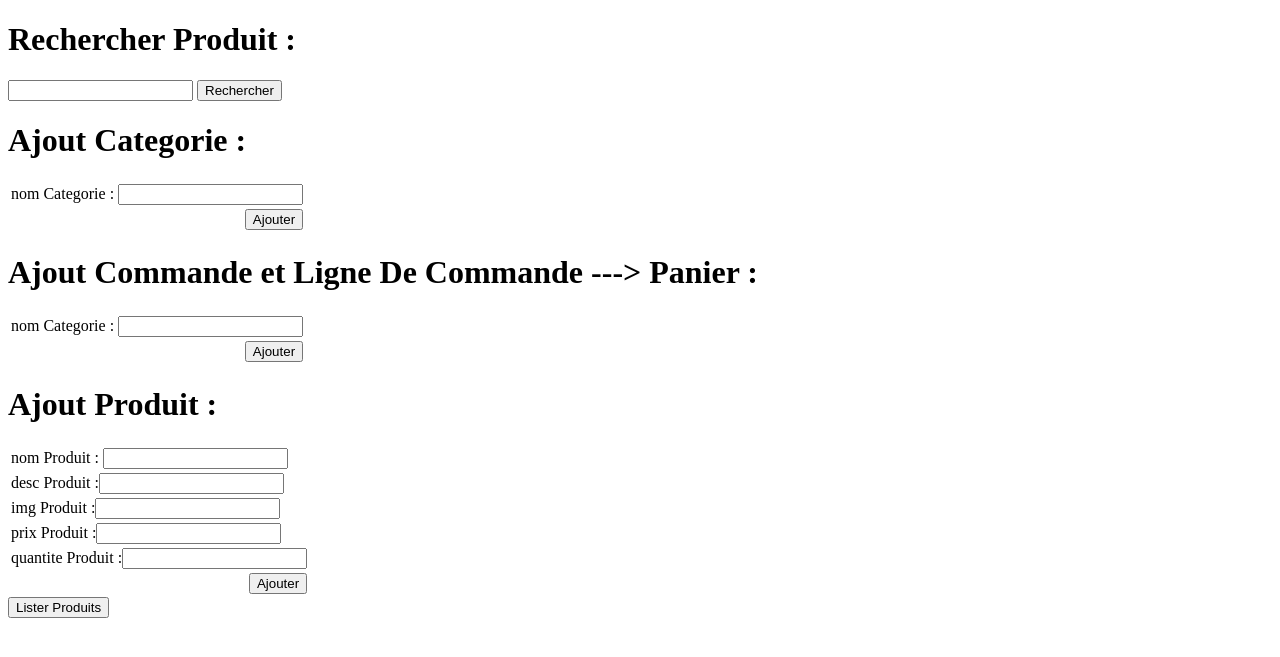
Repository: EBusinesss/Ebusiness
Page: http://localhost/EcomWEB/
These files come from the project's save history. The page is drawn as it stood at one moment and after the next save; the edit follows.
The browser window is 1280 px wide. The pictures show the whole page.
The page is served by Tomcat 9. Nobody is signed in. The application's start-up code is not run. Other server files are loaded and not shown.

Above is the page before, as saved 2014-12-06 23:53:36.

### Workspace/EcomWEB/WebContent/index.jsp
<%@ page language="java" contentType="text/html; charset=ISO-8859-1"
    pageEncoding="ISO-8859-1"%>
<!DOCTYPE html PUBLIC "-//W3C//DTD HTML 4.01 Transitional//EN" "http://www.w3.org/TR/html4/loose.dtd">
<html>
<head>
<meta http-equiv="Content-Type" content="text/html; charset=ISO-8859-1">
<title>Insert title here</title>
</head>
<body>
		<h1>Rechercher Produit : </h1>
		<form action="RechercherProductServlet" method="post">

			<tr><td><input type="text" name="nomProduitRecherche" width="25"></td>
				<td align="right" colspan="3">
					<button name="submit" type="submit">Rechercher</button>
				</td>
			</tr>
		</form>

		<h1>Ajout Categorie :</h1>
		<form action="AddCategoryServlet" method="post">
		<table>
			<tr><td> nom Categorie 		: <input type="text" name="nomCategorie" width="25"></td></tr>
			<tr>
				<td align="right" colspan="3">
					<button name="submit" type="submit">Ajouter</button>
				</td>
			</tr>
		</table>
		</form>

				<h1>Ajout Commande et Ligne De Commande ---> Panier :</h1>
		<form action="AddCategoryServlet" method="post">
		<table>
			<tr><td> nom Categorie 		: <input type="text" name="nomCategorie" width="25"></td></tr>
			<tr>
				<td align="right" colspan="3">
					<button name="submit" type="submit">Ajouter</button>
				</td>
			</tr>
		</table>
		</form>

		<h1>Ajout Produit :</h1>
		<form action="AddProductServlet" method="post">
		<table>
			<tr><td> nom Produit 		: <input type="text" name="nomProduit" width="25"></td></tr>
			<tr><td> desc Produit 		:<input type="text" name="descProduit" width="25"></td></tr>
			<tr><td> img Produit		:<input type="text" name="imgProduit" width="25"></td></tr>
			<tr><td> prix Produit 		:<input type="text" name="prixProduit" width="25"></td></tr>
			<tr><td> quantite Produit	:<input type="text" name="quantiteProduit" width="25"></td></tr>
			<tr>
				<td align="right" colspan="3">
					<button name="submit" type="submit">Ajouter</button>
				</td>
			</tr>
		</table>
		</form>

		<form action="ListProductServlet" method="post">
		<button name="submit" type="submit">Lister Produits</button>
		</form>

</body>
</html>

After the next save:
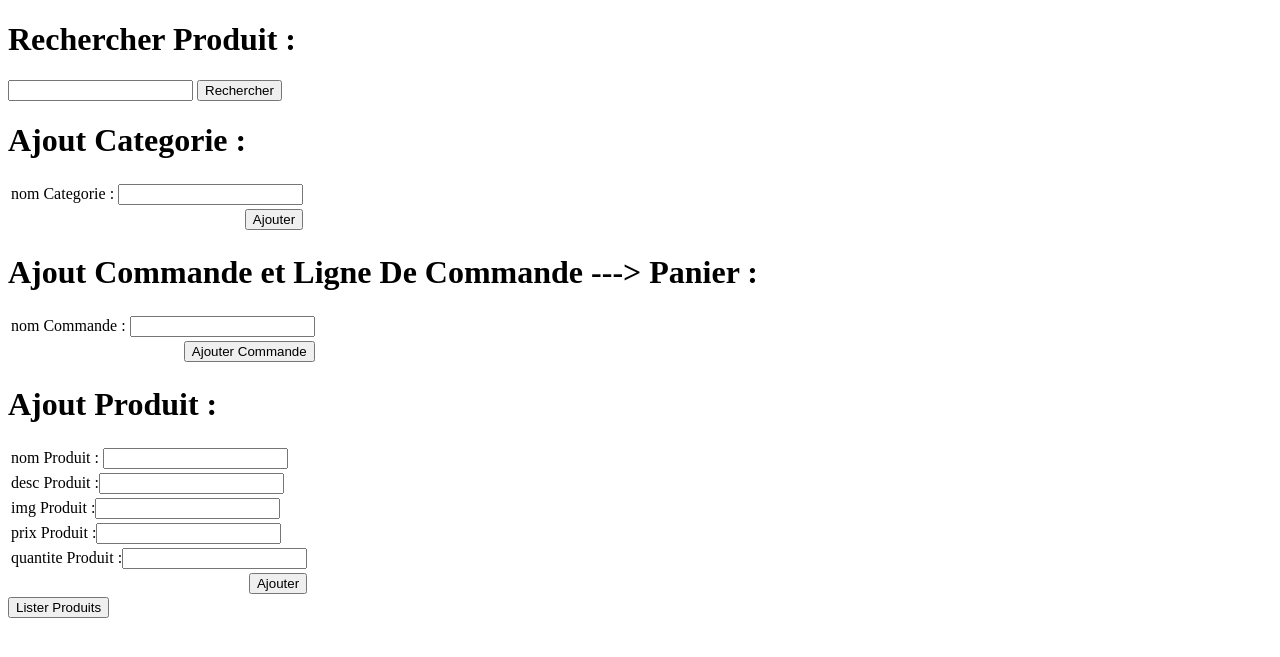
Saved 47 s later.
--- a/Workspace/EcomWEB/WebContent/index.jsp
+++ b/Workspace/EcomWEB/WebContent/index.jsp
@@ -32,10 +32,10 @@
 				<h1>Ajout Commande et Ligne De Commande ---> Panier :</h1>
 		<form action="AddCategoryServlet" method="post">
 		<table>
-			<tr><td> nom Categorie 		: <input type="text" name="nomCategorie" width="25"></td></tr>
+			<tr><td> nom Commande 		: <input type="text" name="nomCommande" width="25"></td></tr>
 			<tr>
 				<td align="right" colspan="3">
-					<button name="submit" type="submit">Ajouter</button>
+					<button name="submit" type="submit">Ajouter Commande</button>
 				</td>
 			</tr>
 		</table>
